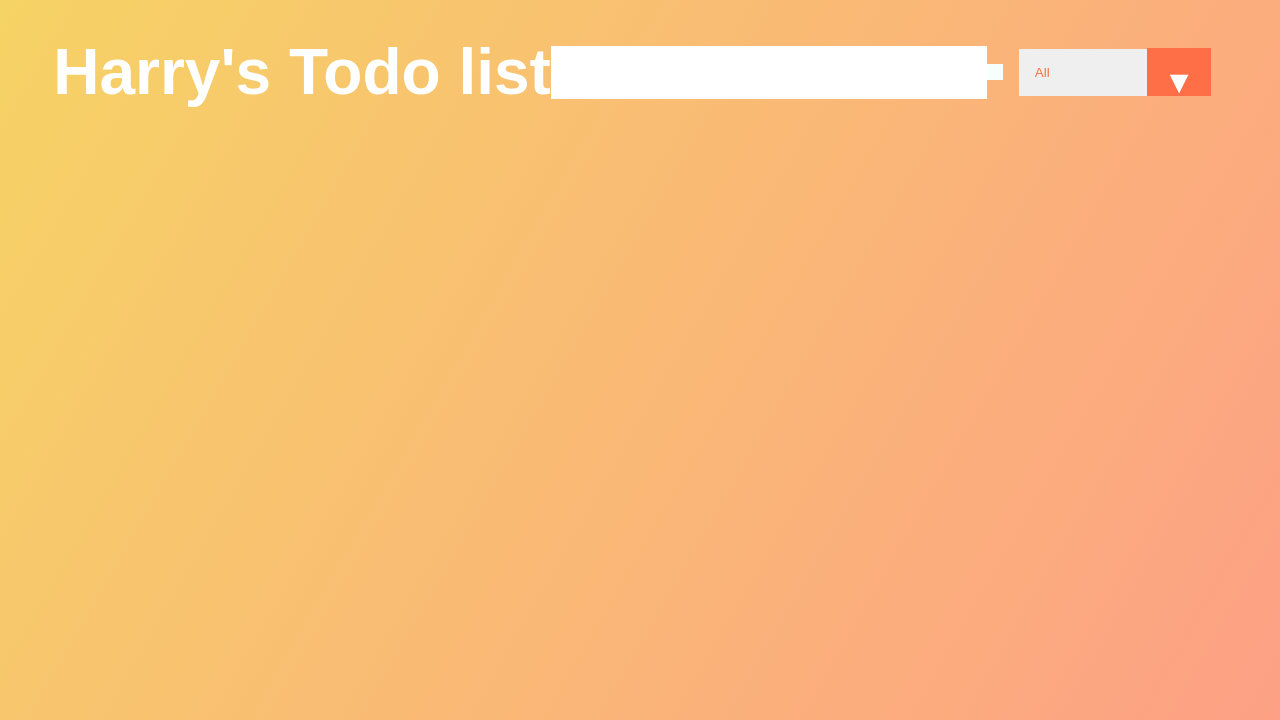
Repository: qqharry21/react-todo-app-v2
Page: /
An editor plug-in stored every save of this project. The page is shown before and after the next save, followed by the edit.
The browser window is 1280 px wide. The pictures show the whole page.
The project was rebuilt for these pictures with package versions that can differ from the ones it lists, and the page was loaded fresh each time.

Above is the page before, as saved 2021-12-19 22:51:06.

After the next save:
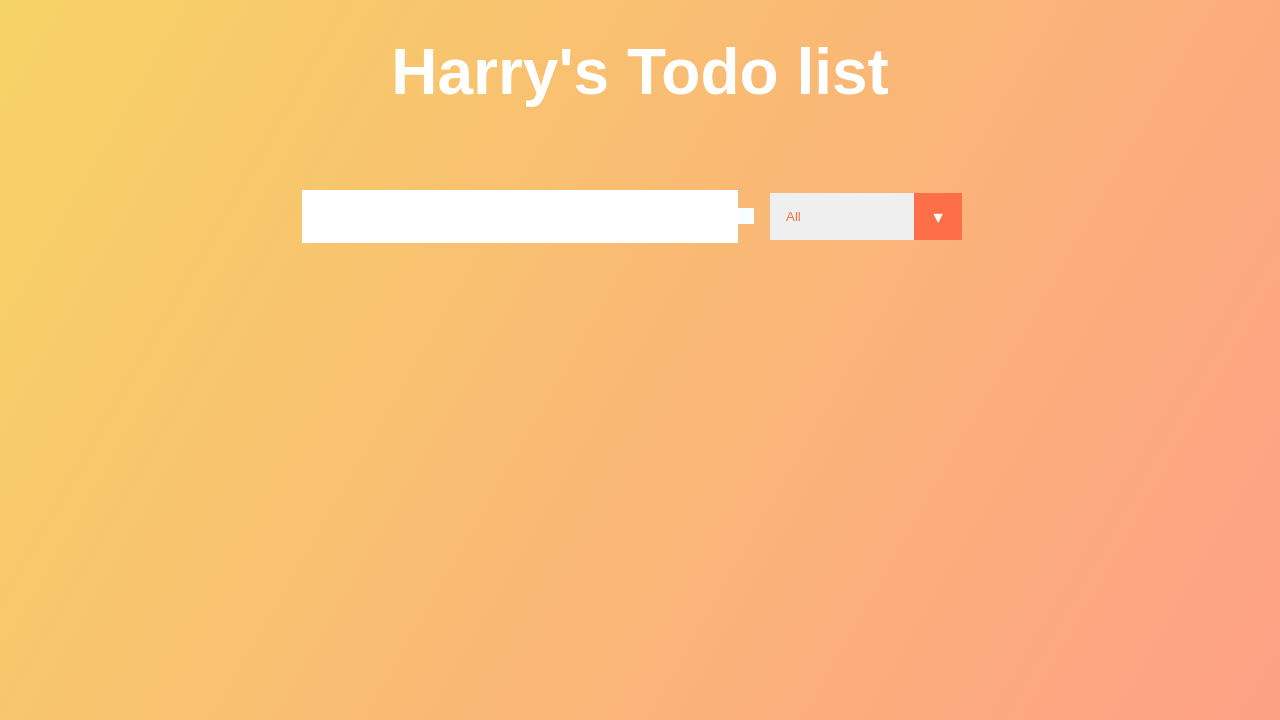
Saved 10 s later.
--- a/src/App.js
+++ b/src/App.js
@@ -7,8 +7,8 @@ function App() {
     <div className='App'>
       <header>
         <h1>Harry's Todo list</h1>
-        <Form />
       </header>
+      <Form />
     </div>
   );
 }
